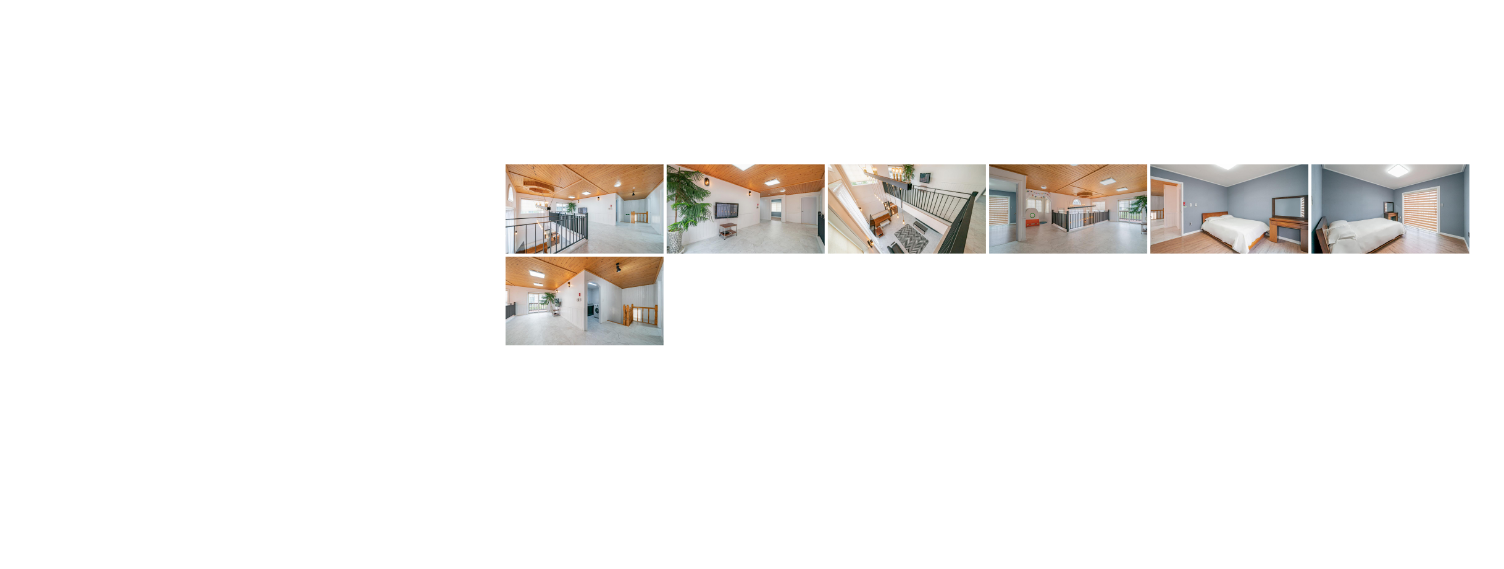
Repository: balsohn/adminshop
Page: http://localhost/jquery/0805/slide.jsp
The author's editor kept a copy of each file at every save. The page is drawn from the files as they stood at one save, then again after the next save.
The browser window is 1280 px wide. The page is 1904 px wide, then 1280 px, so the pictures cover 1904 px, including what lies to the right of the window. The pictures show the whole page, at 79% of full size.
The page is served by Tomcat 9.

Above is the page before, as saved 2024-08-23 03:51:44.

### work/jquery/src/main/webapp/0805/slide.jsp
<%@ page language="java" contentType="text/html; charset=UTF-8"
    pageEncoding="UTF-8"%>
<!DOCTYPE html>
<html>
<head>
<meta charset="UTF-8">
<title>Insert title here</title>
<script src="https://code.jquery.com/jquery-latest.js"></script>

<style>
	section {position:relative; left:50%; top:200px;}
	img {width:200px; height: auto;}
</style>
</head>
<body>
	<section>
		<img src="1-1.jpg">
		<img src="1-2.jpg">
		<img src="1-3.jpg">
		<img src="1-4.jpg">
		<img src="1-5.jpg">
		<img src="1-6.jpg">
		<img src="1-7.jpg">
	</section>
</body>
</html>

After the next save:
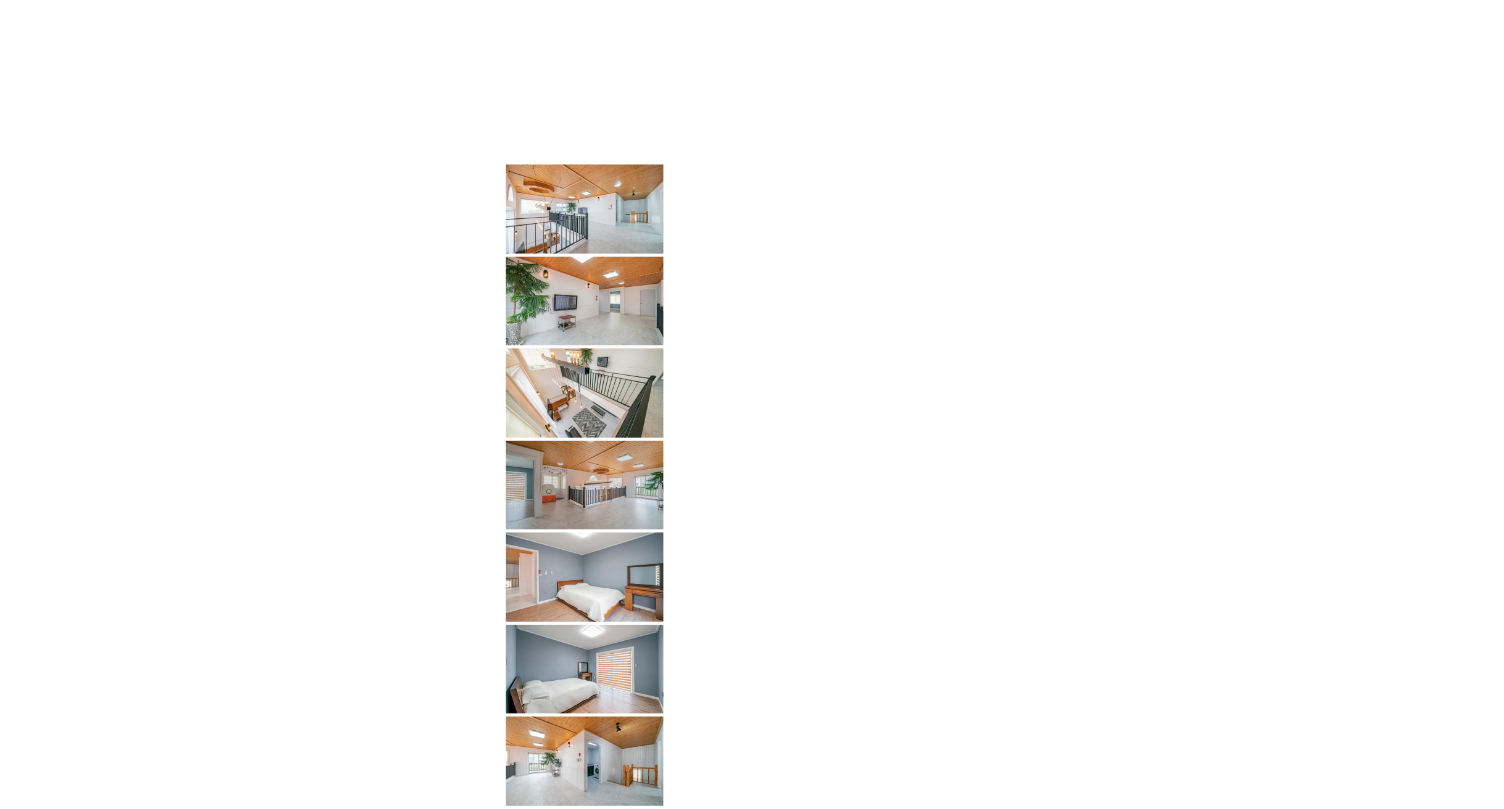
Saved 16 s later.
--- a/work/jquery/src/main/webapp/0805/slide.jsp
+++ b/work/jquery/src/main/webapp/0805/slide.jsp
@@ -8,7 +8,7 @@
 <script src="https://code.jquery.com/jquery-latest.js"></script>
 
 <style>
-	section {position:relative; left:50%; top:200px;}
+	section {position:relative; left:50%; top:200px; width:200px; overflow: hidden;}
 	img {width:200px; height: auto;}
 </style>
 </head>
